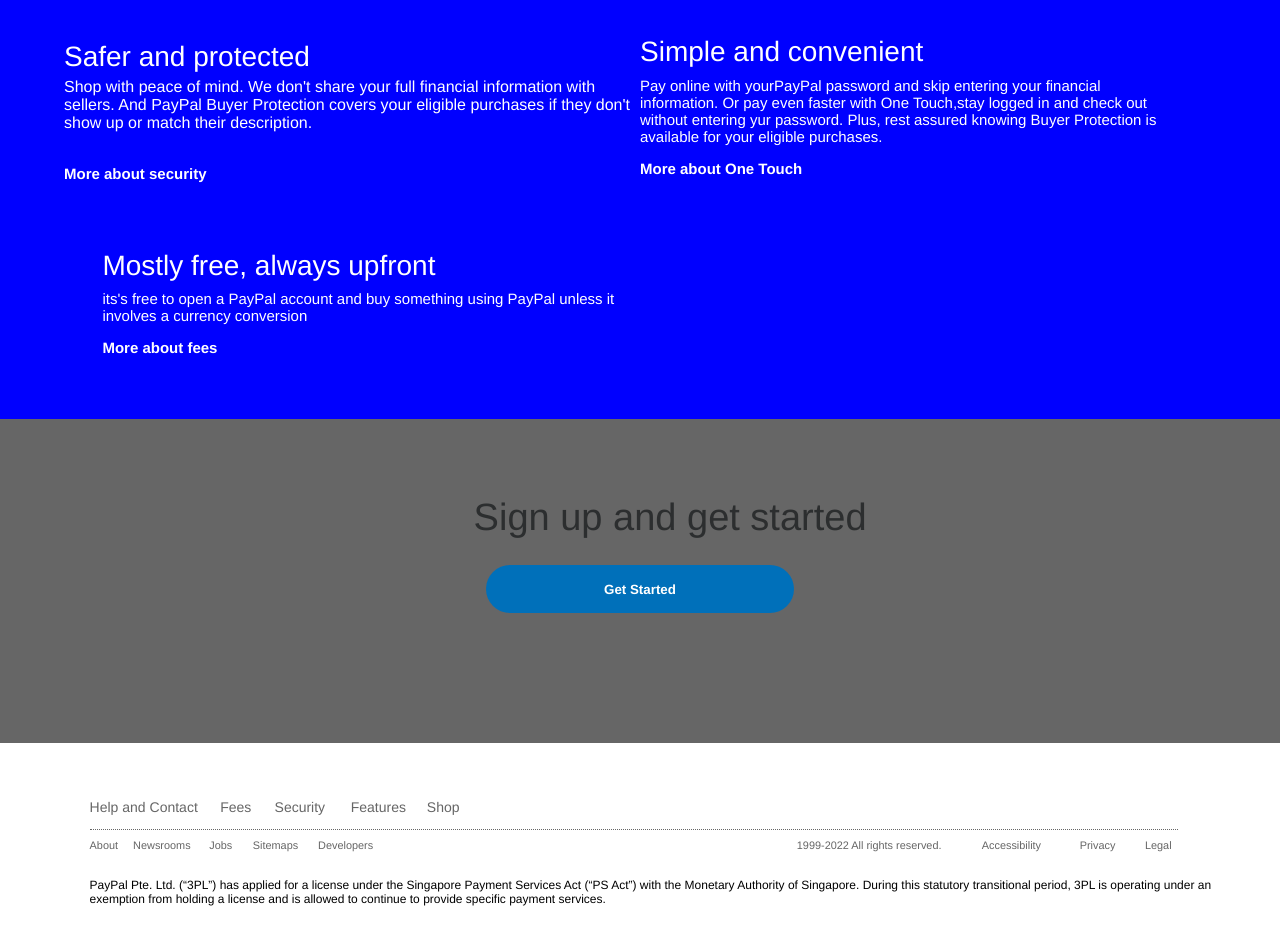
Repository: Jayeola3/Paypal
Page: ppal.html
An editor plug-in stored every save of this project. The page is shown before and after the next save, followed by the edit.
The browser window is 1280 px wide. The pictures show the part of the page from y = 1741 to 2693 px (the page is 2693 px tall).
A picture or video elsewhere on the page could not be fetched, so the positions and the page height are approximate. Some web libraries are served in a nearby version.

Above is the page before, as saved 2022-06-21 04:55:51.

After the next save:
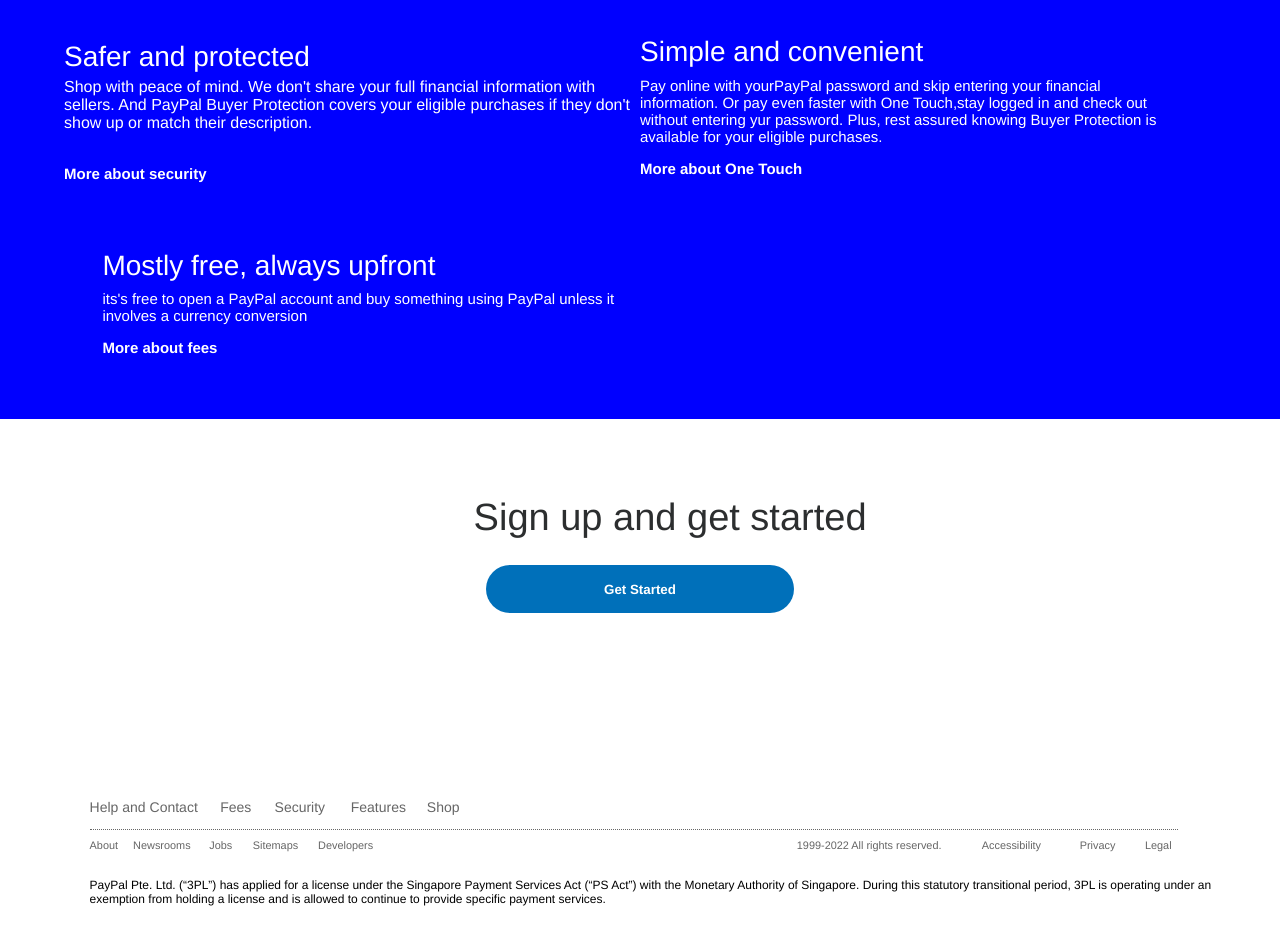
Saved 37 s later.
--- a/pay.css
+++ b/pay.css
@@ -424,7 +424,7 @@
     position: absolute;
     top: 300%;
     text-align: center;
-    background-color:#666666;
+    background-color:#fff;
 }
 .start{
     position:absolute;
